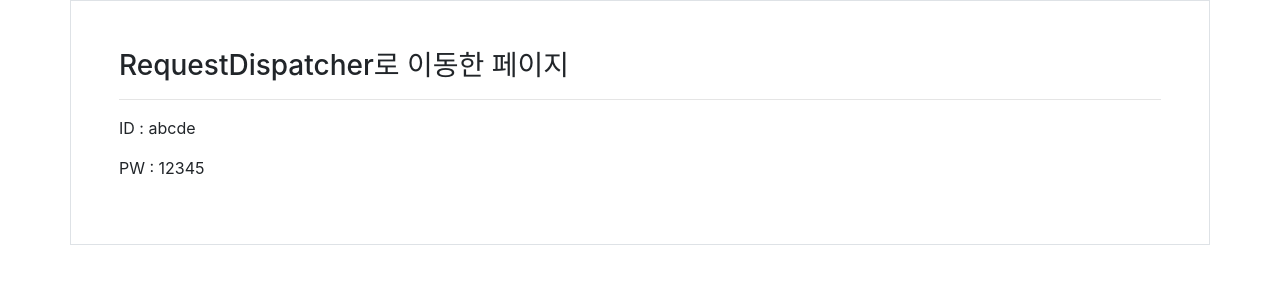
Repository: rasz60/ezen
Page: http://localhost/jsp_servlet_23_ex01/DEx
These files come from the project's save history. The page is drawn as it stood at one moment and after the next save; the edit follows.
The browser window is 1280 px wide. The pictures show the whole page.
Some web libraries are served in a nearby version. The page is served by Tomcat 9.

Above is the page before, as saved 2022-02-14 05:43:39.

### 04_jsp_servlet-workspace/jsp_servlet_23_ex01/src/main/webapp/dispatcherJSP.jsp
<%@ page language="java" contentType="text/html; charset=UTF-8"
    pageEncoding="UTF-8"%>
<%@ taglib prefix="c" uri="http://java.sun.com/jsp/jstl/core" %>
<%@ taglib prefix="fmt" uri="http://java.sun.com/jsp/jstl/fmt" %>
<%@ taglib prefix="sql" uri="http://java.sun.com/jsp/jstl/sql" %>
<%@ taglib prefix="x" uri="http://java.sun.com/jsp/jstl/xml" %>
<%@ taglib prefix="fn" uri="http://java.sun.com/jsp/jstl/functions" %>

<!DOCTYPE html>
<html lang="ko">
<head>
<meta charset="UTF-8">
<meta name="viewport" content="width=device-width, initial-scale=1">
<link rel="stylesheet" href="https://cdn.jsdelivr.net/npm/bootstrap@4.6.1/dist/css/bootstrap.min.css">
<link rel="stylesheet" href="https://pro.fontawesome.com/releases/v5.10.0/css/all.css"
	  integrity="sha384-AYmEC3Yw5cVb3ZcuHtOA93w35dYTsvhLPVnYs9eStHfGJvOvKxVfELGroGkvsg+p"
	  crossorigin="anonymous"/>
<script src="https://ajax.googleapis.com/ajax/libs/jquery/3.5.1/jquery.min.js"></script>
<script src="https://cdn.jsdelivr.net/npm/popper.js@1.16.1/dist/umd/popper.min.js"></script>
<script src="https://cdn.jsdelivr.net/npm/bootstrap@4.6.1/dist/js/bootstrap.bundle.min.js"></script>
<title>Request Dispatcher Forward 사용</title>
</head>

<body>
<div class="container border p-5">
	<h3>RequestDispatcher로 이동한 페이지</h3>
	<hr />
	<p>ID : ${requestScope.id}</p>
	<p>PW : ${requestScope.pwd}</p>
</div>
</body>
</html>

### 04_jsp_servlet-workspace/jsp_servlet_23_ex01/src/main/java/com/wvwv/ch26_ex01/DispatcherEx.java
package com.wvwv.ch26_ex01;

import java.io.IOException;

import javax.servlet.RequestDispatcher;
import javax.servlet.ServletException;
import javax.servlet.annotation.WebServlet;
import javax.servlet.http.HttpServlet;
import javax.servlet.http.HttpServletRequest;
import javax.servlet.http.HttpServletResponse;

/**
 * Servlet implementation class DispatcherEx
 */
@WebServlet("/DEx")
public class DispatcherEx extends HttpServlet {
	private static final long serialVersionUID = 1L;

    /**
     * @see HttpServlet#HttpServlet()
     */
    public DispatcherEx() {
        super();
    }

	/**
	 * @see HttpServlet#doGet(HttpServletRequest request, HttpServletResponse response)
	 */
	protected void doGet(HttpServletRequest request, HttpServletResponse response) throws ServletException, IOException {
		System.out.println("doGet()");
		actionDo(request, response);
	}

	/**
	 * @see HttpServlet#doPost(HttpServletRequest request, HttpServletResponse response)
	 */
	protected void doPost(HttpServletRequest request, HttpServletResponse response) throws ServletException, IOException {
		doGet(request, response);
	}

	protected void actionDo(HttpServletRequest request, HttpServletResponse response) throws ServletException, IOException {
		System.out.println("actionDo()");
		request.setAttribute("id", "abcde");
		request.setAttribute("pwd", "12345");

		// RequestDispatcher 객체에 이동할 페이지의 url를 입력
		RequestDispatcher dispatcher = request.getRequestDispatcher("/dispatcherJSP.jsp");

		// getRequestDispatcher()로 지정한 url로 request, response 객체 값을 가지고 이동하기 때문에, 이동한 페이지에서 추가한 속성을(setAttribute()) 사용할 수 있다.
		dispatcher.forward(request, response);
	}

}

After the next save:
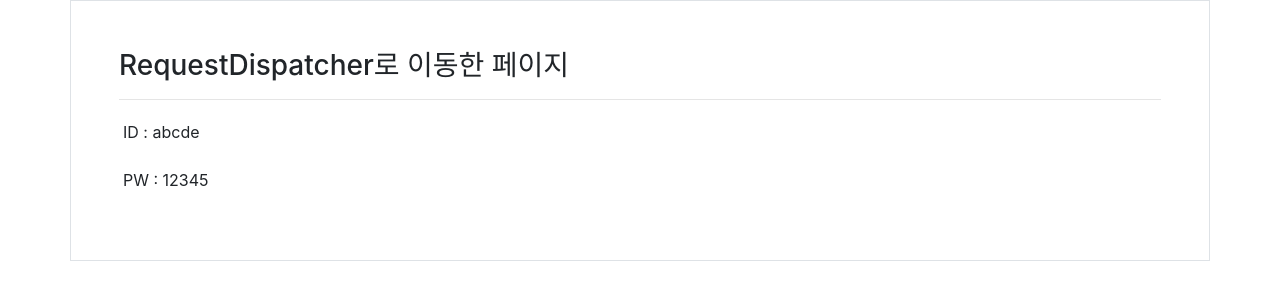
Saved 14 s later.
--- a/04_jsp_servlet-workspace/jsp_servlet_23_ex01/src/main/webapp/dispatcherJSP.jsp
+++ b/04_jsp_servlet-workspace/jsp_servlet_23_ex01/src/main/webapp/dispatcherJSP.jsp
@@ -25,8 +25,8 @@
 <div class="container border p-5">
 	<h3>RequestDispatcher로 이동한 페이지</h3>
 	<hr />
-	<p>ID : ${requestScope.id}</p>
-	<p>PW : ${requestScope.pwd}</p>
+	<p class="p-1">ID : ${requestScope.id}</p>
+	<p class="p-1">PW : ${requestScope.pwd}</p>
 </div>
 </body>
 </html>
